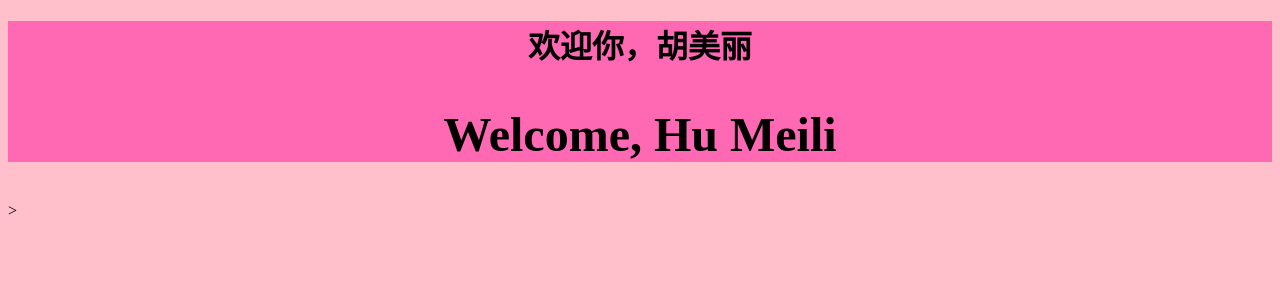
Repository: NanmeiYC/NanmeiYC.github.io
Page: zhuye.html
The author's editor kept a copy of each file at every save. The page is drawn from the files as they stood at one save, then again after the next save.
The browser window is 1280 px wide. The pictures show the whole page.

Above is the page before, as saved 2021-05-28 23:36:28.

After the next save:
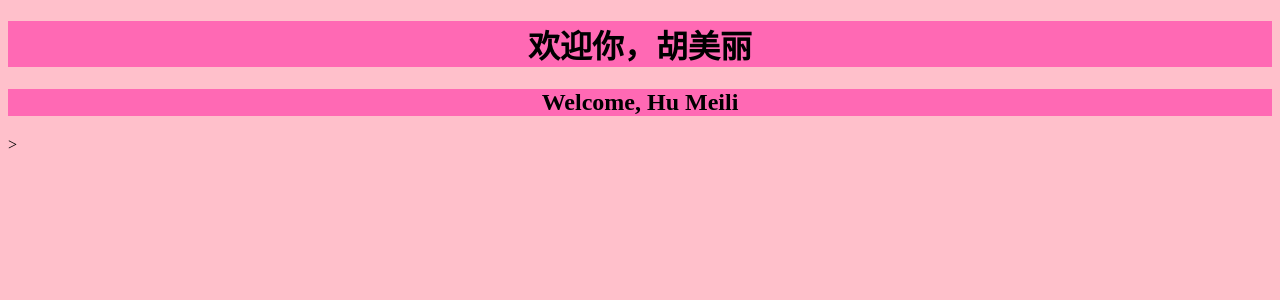
Saved 4 s later.
--- a/zhuye.html
+++ b/zhuye.html
@@ -12,7 +12,7 @@
     <body bgcolor="pink">
         <body>
             <div align="center" >
-            <h1>欢迎你，胡美丽 <background-color:hotpink; </h1>
+            <h1>欢迎你，胡美丽 <background-color:hotpink;></background-color:hotpink> </h1>
             <h2>Welcome, Hu Meili</h2>
             </div>
         </body>>
